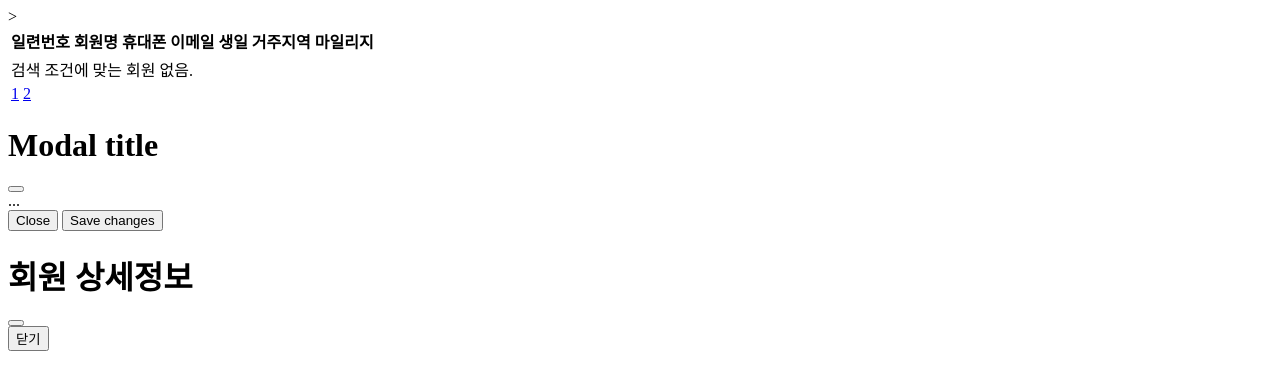
Repository: hoseolkim/restart
Page: http://localhost/WebStudy03_Mybatis/WEB-INF/views/member/memberList.jsp
The author's editor kept a copy of each file at every save. The page is drawn from the files as they stood at one save, then again after the next save.
The browser window is 1280 px wide. The pictures show the whole page.
The page is served by Tomcat 9. Nobody is signed in. The template is opened directly, without the code that normally fills it, so the values that code supplies are empty.

Above is the page before, as saved 2023-10-04 02:34:36.
Console error: ReferenceError: $ is not defined

After the next save:
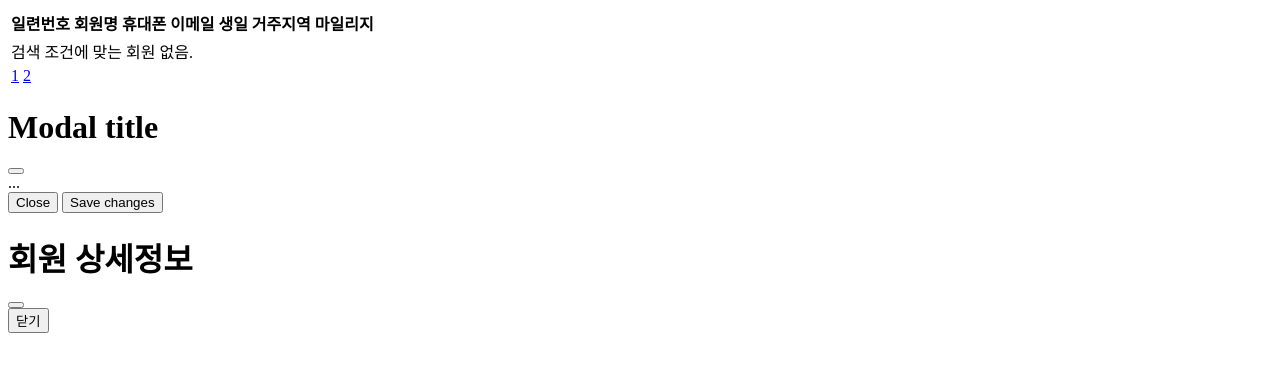
Saved 34 s later.
--- a/WebStudy03_Mybatis/src/main/webapp/WEB-INF/views/member/memberList.jsp
+++ b/WebStudy03_Mybatis/src/main/webapp/WEB-INF/views/member/memberList.jsp
@@ -41,7 +41,7 @@
 				<a href="javascript:;" onclick="fn_paging(2);">2</a>
 			</td>
 		</tr>
-	</tfoot>>
+	</tfoot>
 </table>
 <!-- Modal -->
 <div class="modal fade" id="exampleModal" tabindex="-1" aria-labelledby="exampleModalLabel" aria-hidden="true">
